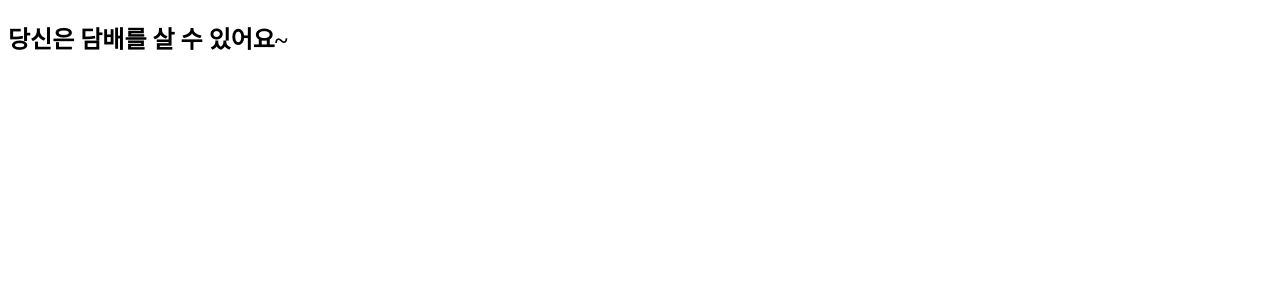
Repository: samkkkkkkk/Jsp_basic
Page: http://localhost/JspBasic/response/res_adult.jsp
The author's editor kept a copy of each file at every save. The page is drawn from the files as they stood at one save, then again after a run of saves.
The browser window is 1280 px wide. The pictures show the whole page.
The page is served by Tomcat 9.

Above is the page before, as saved 2023-09-11 04:25:39.

After the next 2 saves:
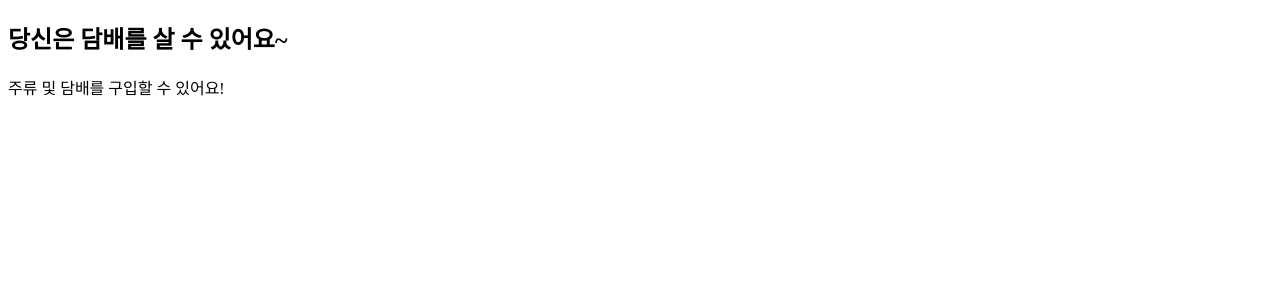
The 2 saves are shown as one change because they came seconds apart.
The last was saved 100 s later.
--- a/JspBasic/src/main/webapp/response/res_adult.jsp
+++ b/JspBasic/src/main/webapp/response/res_adult.jsp
@@ -10,6 +10,7 @@
 
 
 	<h2>당신은 담배를 살 수 있어요~</h2>
+	<p>주류 및 담배를 구입할 수 있어요!</p>
 
 </body>
 </html>
